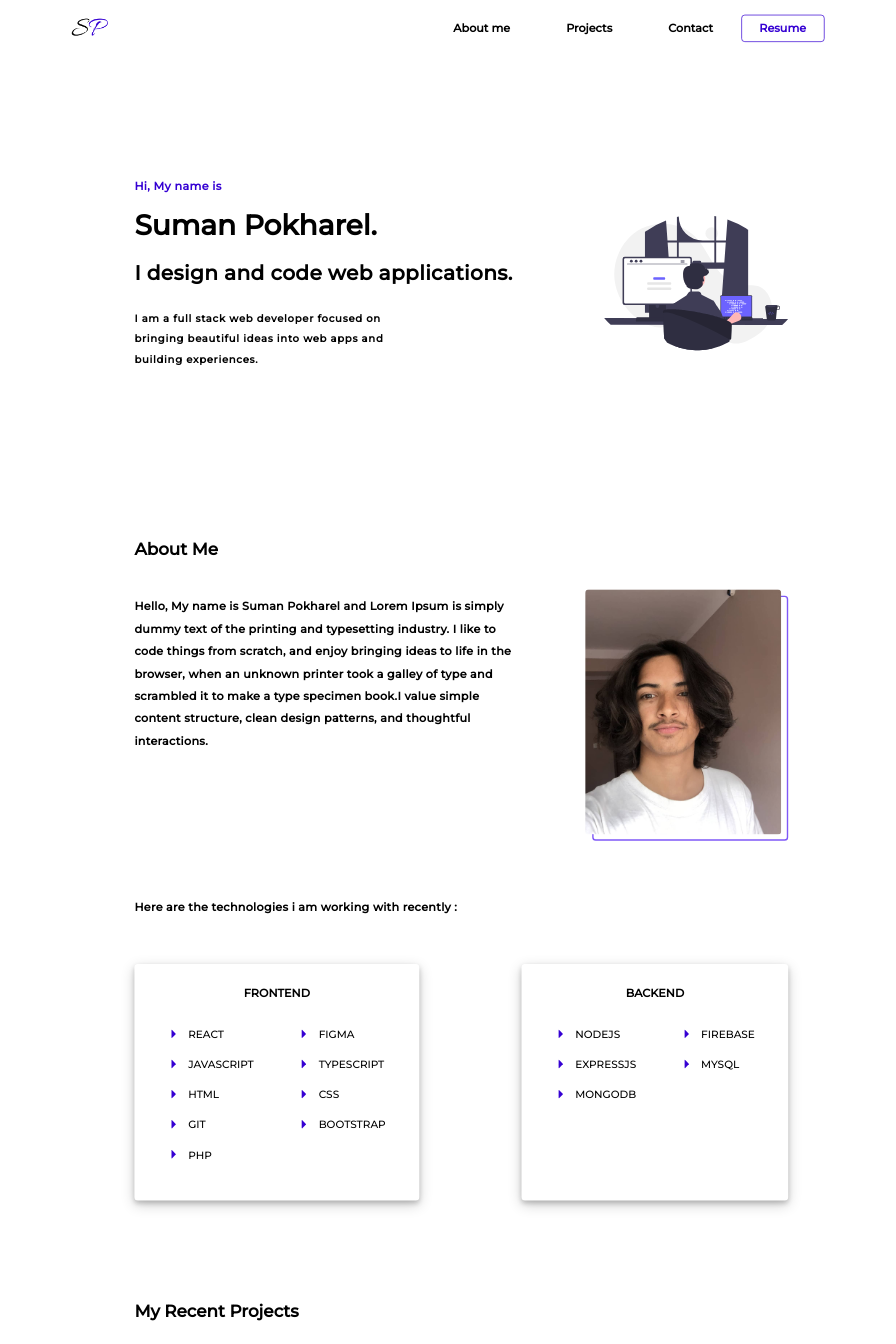
Repository: iamsumanp/portfolio
Page: /
These files come from the project's save history. The page is drawn as it stood at one moment and after the next save; the edit follows.
The browser window is 1280 px wide. The pictures show the part of the page from y = 0 to 1920 px (the page is 4345 px tall), at 70% of full size.
The project was rebuilt for these pictures with package versions that can differ from the ones it lists, and the page was loaded fresh each time.

Above is the page before, as saved 2022-07-09 23:20:42.

### public/index.html
<!DOCTYPE html>
<html lang="en">
  <head>
    <meta charset="utf-8" />
    <link rel="icon" href="%PUBLIC_URL%/favicon.ico" />
    <meta name="viewport" content="width=device-width, minimum-scale=1" />
    <meta name="theme-color" content="#000000" />
    <meta
      name="description"
      content="Web site created using create-react-app"
    />
    <link rel="apple-touch-icon" href="%PUBLIC_URL%/logo192.png" />

    <link rel="manifest" href="%PUBLIC_URL%/manifest.json" />
    <link rel="preconnect" href="https://fonts.googleapis.com" />
    <link rel="preconnect" href="https://fonts.gstatic.com" crossorigin />
    <link
      href="https://fonts.googleapis.com/css2?family=Montserrat:wght@500&display=swap"
      rel="stylesheet"
    />
    <title>iamsumanp</title>
  </head>
  <body>
    <div id="root"></div>
  </body>
</html>

### src/App.tsx
import "./App.css";
import { BrowserRouter as Router } from "react-router-dom";
import { NavBar } from "./Components/NavBar";
import "./styles/styles.css";
import { Hero } from "./Components/Hero";
import { AboutMe } from "./Components/AboutMe";
import { Projects } from "./Components/Projects";
import { Contact } from "./Components/Contact";
import { Footer } from "./Components/Footer";

function App() {
  return (
    <Router>
      <NavBar />
      <Hero />
      <AboutMe />
      <Projects />
      <Contact />
      <hr />
      <Footer />
    </Router>
  );
}

export default App;

### src/Components/NavBar.tsx
import gsap from "gsap";
import React, { useEffect, useRef, useState } from "react";
import { HashLink } from "react-router-hash-link";
const myLogo = require("../assets/logo.png");
export const NavBar = () => {
  const [active, setActive] = useState(false);
  const navRef = useRef<HTMLDivElement>(null);
  const q = gsap.utils.selector(navRef);
  const tl: any = useRef(); // gsap.TimelineVars | undefined

  const burgerClick = () => {
    setActive(!active);
  };

  // useEffect(() => {
  //   tl.current = gsap
  //     .timeline()
  //     .from(q(".logoImg"), {
  //       y: 20,
  //       opacity: 0,
  //       duration: 0.7,
  //       ease: "Power3.easeIn",
  //     })
  //     .from(q(".navUl"), {
  //       y: 20,
  //       opacity: 1,
  //       duration: 0.7,
  //       stagger: 0.5,
  //     });
  // });

  useEffect(() => {
    tl.current = gsap
      .timeline()
      .to(q(".logoImg"), {
        rotate: 360,
      })
      .from(q(".navUl"), {
        // x: 100,
      });
  }, []);

  return (
    <nav className="navBar" ref={navRef}>
      <HashLink to="#heroSection" className="linkHash" smooth>
        <img
          src={myLogo}
          alt="SP"
          className="logoImg"
          onClick={active ? burgerClick : undefined}
        />
      </HashLink>

      <ul className={active ? "navUl nav-active" : "navUl"}>
        <li className="navLinks" onClick={active ? burgerClick : undefined}>
          <HashLink to="#aboutMe" className="linkHash" smooth>
            About me
          </HashLink>
        </li>
        <li className="navLinks" onClick={active ? burgerClick : undefined}>
          <HashLink to="#projectSection" className="linkHash" smooth>
            Projects
          </HashLink>
        </li>
        <li className="navLinks" onClick={active ? burgerClick : undefined}>
          <HashLink to="#contact" className="linkHash" smooth>
            Contact
          </HashLink>
        </li>
        <li className="navLinks resume">Resume</li>
      </ul>
      <div className="burgerMenu" onClick={() => burgerClick()}>
        <div className={active ? "line1 toggle" : "line1"}></div>
        <div className={active ? "line2 toggle2" : "line2"}></div>
        <div className={active ? "line3 toggle3" : "line3"}></div>
      </div>
    </nav>
  );
};

### src/Components/Hero.tsx
import SvgImg from "./IconComponent/SvgImg";

export const Hero = () => {
  return (
    <div className="heroSection" id="heroSection">
      <div className="content">
        <h4 className="h4text">Hi, My name is</h4>
        <h1 className="h1text">Suman Pokharel.</h1>
        <h2 className="h2text">I design and code web applications.</h2>
        <h5 className="h5text">
          I am a full stack web developer focused on bringing beautiful ideas
          into web apps and building experiences.
        </h5>
      </div>
      {/* <div className="svgImgg"> */}
      <SvgImg height={221} className="svgImgg" />
      {/* </div> */}
    </div>
  );
};

### src/Components/AboutMe.tsx
import React from "react";
import { VscTriangleRight } from "react-icons/vsc";
const mePhoto = require("../assets/mePhoto.jpg");

export const AboutMe = () => {
  return (
    <div className="aboutMeSection" id="aboutMe">
      <h2 className="h2textabout">About Me</h2>
      <div className="contentAndImage">
        <div className="aboutMeContent">
          <span className="spanText">
            Hello, My name is Suman Pokharel and Lorem Ipsum is simply dummy
            text of the printing and typesetting industry. I like to code things
            from scratch, and enjoy bringing ideas to life in the browser, when
            an unknown printer took a galley of type and scrambled it to make a
            type specimen book.I value simple content structure, clean design
            patterns, and thoughtful interactions.
          </span>
        </div>
        <div className="imgContainer">
          <img src={mePhoto} alt="profilePic" className="imgProfile" />
        </div>
      </div>
      <span className="spanText tech">
        Here are the technologies i am working with recently :
      </span>
      <div className="backEndFrontEndContainer">
        <div className="frontEndBox">
          <div className="spanTitle">Frontend</div>

          <div className="frontEndTools">
            <div className="fnTools1">
              <div className="fnTool">
                <VscTriangleRight className="triangleRight" />
                <span className="techName">React</span>
              </div>
              <div className="fnTool">
                <VscTriangleRight className="triangleRight" />
                <span className="techName">JavaScript</span>
              </div>
              <div className="fnTool">
                <VscTriangleRight className="triangleRight" />
                <span className="techName">HTML</span>
              </div>
              <div className="fnTool">
                <VscTriangleRight className="triangleRight" />
                <span className="techName">Git</span>
              </div>
              <div className="fnTool">
                <VscTriangleRight className="triangleRight" />
                <span className="techName">PHP</span>
              </div>
            </div>
            <div className="fnTools2">
              <div className="fnTool">
                <VscTriangleRight className="triangleRight" />
                <span className="techName">FIGMA</span>
              </div>
              <div className="fnTool">
                <VscTriangleRight className="triangleRight" />
                <span className="techName">TypeScript</span>
              </div>
              <div className="fnTool">
                <VscTriangleRight className="triangleRight" />
                <span className="techName">CSS</span>
              </div>
              <div className="fnTool">
                <VscTriangleRight className="triangleRight" />
                <span className="techName">BootStrap</span>
              </div>
            </div>
          </div>
        </div>
        <div className="frontEndBox">
          <div className="spanTitle">Backend</div>

          <div className="frontEndTools">
            <div className="fnTools1">
              <div className="fnTool">
                <VscTriangleRight className="triangleRight" />
                <span className="techName">NODEJS</span>
              </div>
              <div className="fnTool">
                <VscTriangleRight className="triangleRight" />
                <span className="techName">ExpressJS</span>
              </div>
              <div className="fnTool">
                <VscTriangleRight className="triangleRight" />
                <span className="techName">MongoDB</span>
              </div>
            </div>
            <div className="fnTools2">
              <div className="fnTool">
                <VscTriangleRight className="triangleRight" />
                <span className="techName">FireBase</span>
              </div>
              <div className="fnTool">
                <VscTriangleRight className="triangleRight" />
                <span className="techName">mySql</span>
              </div>
            </div>
          </div>
        </div>
      </div>
    </div>
  );
};

### src/Components/Contact.tsx
import React, { useState } from "react";

export const Contact = () => {
  const [name, setName] = useState("");
  const [email, setEmail] = useState("");
  const [message, setMessage] = useState("");

  const submitHandler: React.FormEventHandler<HTMLFormElement> = (
    e: React.FormEvent<HTMLFormElement>
  ) => {
    e.preventDefault();

    setName("");
    setEmail("");
    setMessage("");
  };
  return (
    <div className="ContactSection" id="contact">
      <h2 className="h2textabout">Interested In working together?</h2>
      <form className="formContainer" onSubmit={submitHandler}>
        <div className="nameAndEmailSection">
          <div className="nameContainer">
            <label htmlFor="Name" className="label">
              Name :
            </label>
            <input
              type="text"
              value={name}
              className="inputForm"
              onChange={(e) => setName(e.target.value)}
            />
          </div>
          <div className="emailContainer">
            <label htmlFor="Email" className="label">
              Email :
            </label>
            <input
              type="email"
              value={email}
              className="inputForm"
              onChange={(e) => setEmail(e.target.value)}
            />
          </div>
        </div>
        <div className="MessageContainer">
          <label htmlFor="Message" className="label">
            Message(optional) :
          </label>
          <textarea
            name="message"
            id="messageArea"
            // cols=30
            // rows=10
            value={message}
            onChange={(e) => setMessage(e.target.value)}
          ></textarea>
        </div>
        <button className="submitBtn" type="submit">
          SUBMIT
        </button>
      </form>
    </div>
  );
};

### src/Components/Footer.tsx
import React from "react";
import { AiFillGithub, AiFillTwitterCircle } from "react-icons/ai";
import { BsLinkedin, BsFacebook } from "react-icons/bs";

export const Footer = () => {
  return (
    <div className="footerSection">
      <div className="footerContainer">
        <div className="socialMediaAndQuote">
          <span>Learning, Pushing, Rushing</span>
          <div className="socialMedia">
            <a
              href="https://www.linkedin.com/in/suman-pokharel-2a4b61206/"
              target="_blank"
              rel="noreferrer"
            >
              <BsLinkedin size={30} className="icons" fill="#2867B2" />
            </a>

            <a
              href="https://www.facebook.com/summan.pokharel/"
              target="_blank"
              rel="noreferrer"
            >
              <BsFacebook size={30} className="icons" fill="	#4267B2" />
            </a>
            <a
              href="https://github.com/iamsumanp"
              target="_blank"
              rel="noreferrer"
              style={{ color: "black" }}
            >
              <AiFillGithub size={34} className="icons" />
            </a>
            <a
              href="https://twitter.com/Itsmesuman2"
              target="_blank"
              rel="noreferrer"
            >
              <AiFillTwitterCircle size={35} className="icons" fill="#00acee" />
            </a>
          </div>
        </div>
        <span className="spSpan">Designed And Built By Suman Pokhrel</span>
      </div>
    </div>
  );
};

Loaded but not shown: src/index.tsx (common file); src/Components/IconComponent/SvgImg.tsx (791 lines, source omitted); src/styles/styles.css (603 lines, source omitted); src/Components/Projects.tsx (201 lines, source omitted); src/App.css (no stored copy; drawn as an empty file)

After the next save:
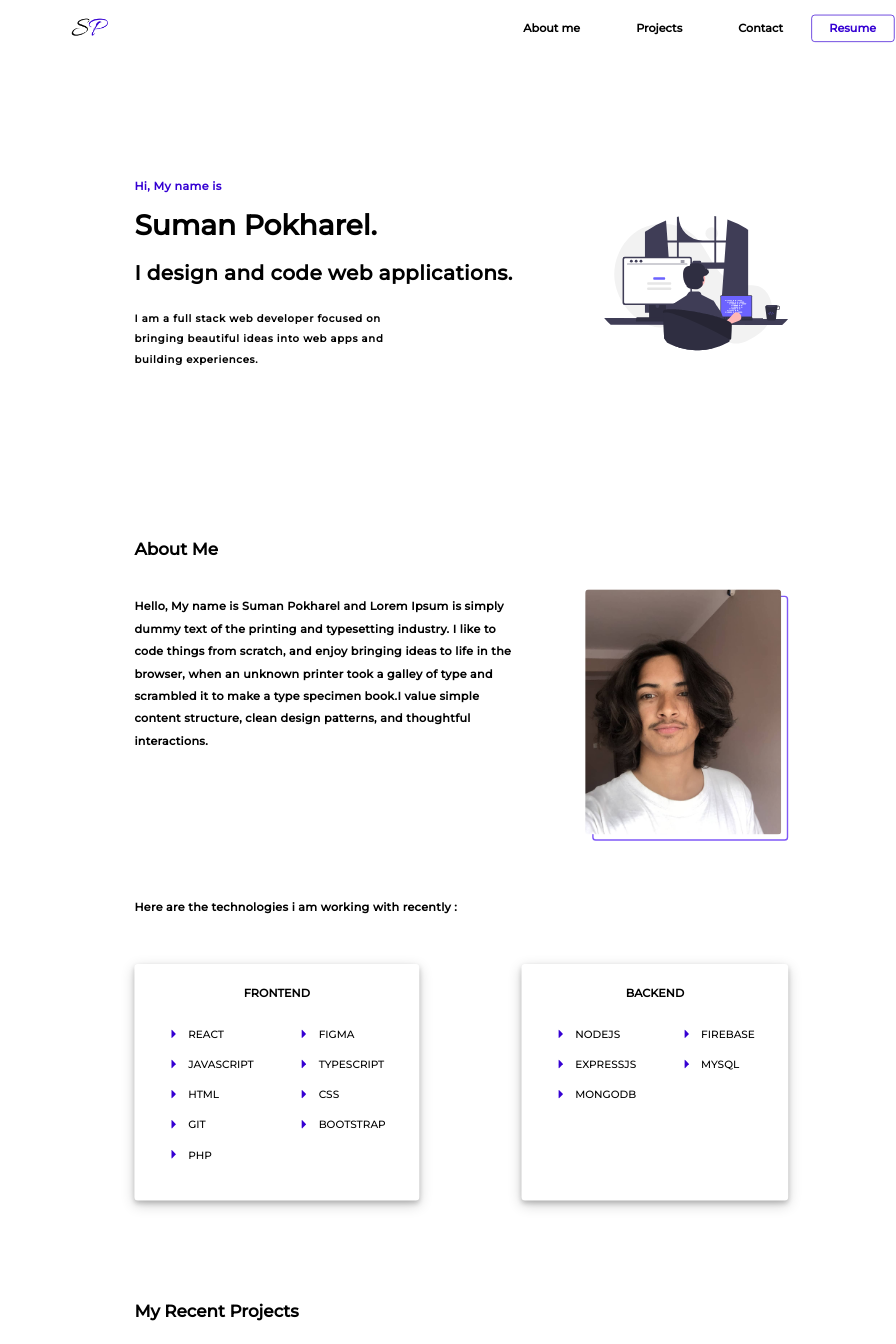
Saved 119 s later.
--- a/src/Components/NavBar.tsx
+++ b/src/Components/NavBar.tsx
@@ -35,8 +35,8 @@
       .to(q(".logoImg"), {
         rotate: 360,
       })
-      .from(q(".navUl"), {
-        // x: 100,
+      .to(q(".navUl"), {
+        x: 100,
       });
   }, []);
 

After the save that followed:
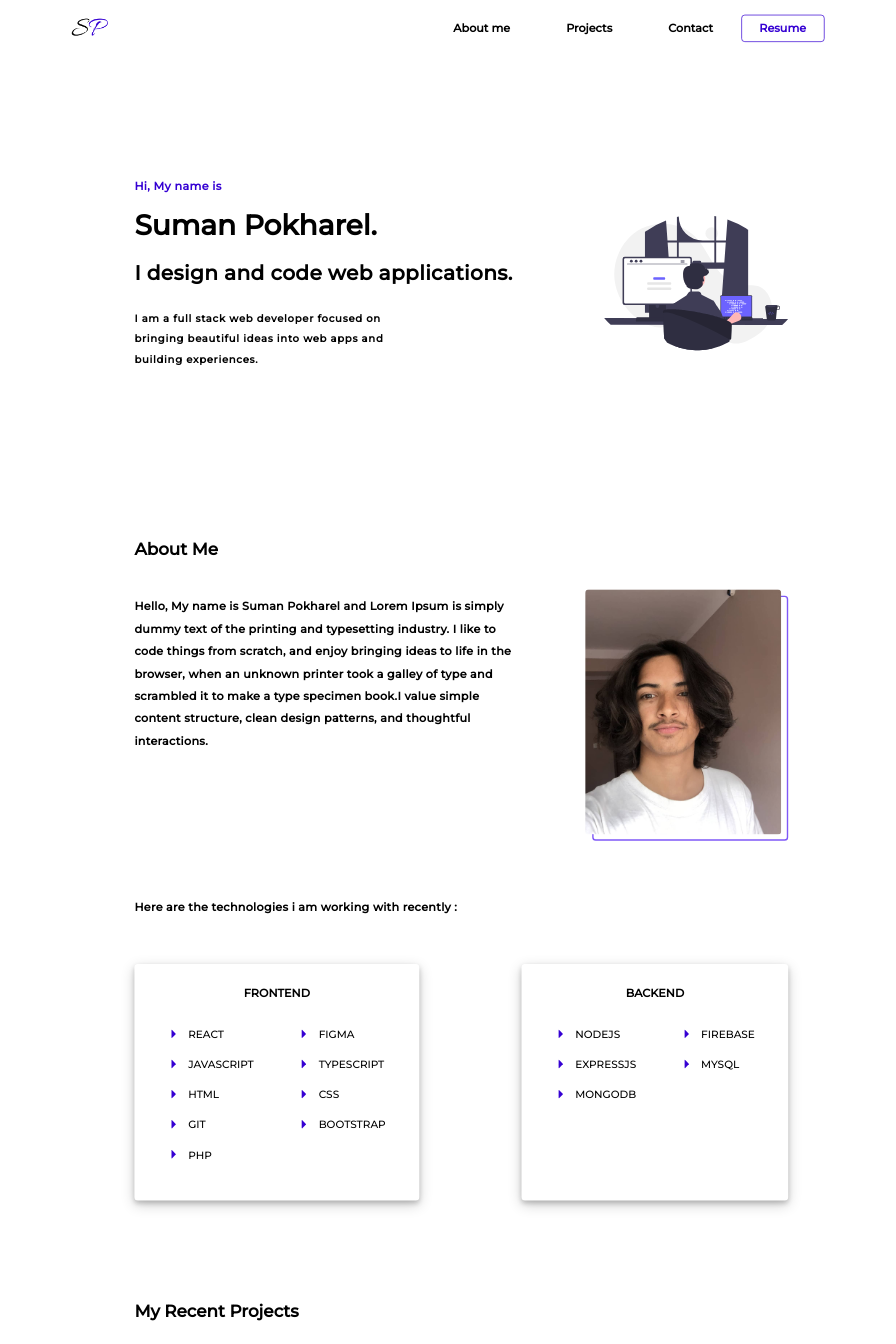
Saved 4 s later.
--- a/src/Components/NavBar.tsx
+++ b/src/Components/NavBar.tsx
@@ -36,7 +36,7 @@
         rotate: 360,
       })
       .to(q(".navUl"), {
-        x: 100,
+        // x: 100,
       });
   }, []);
 
